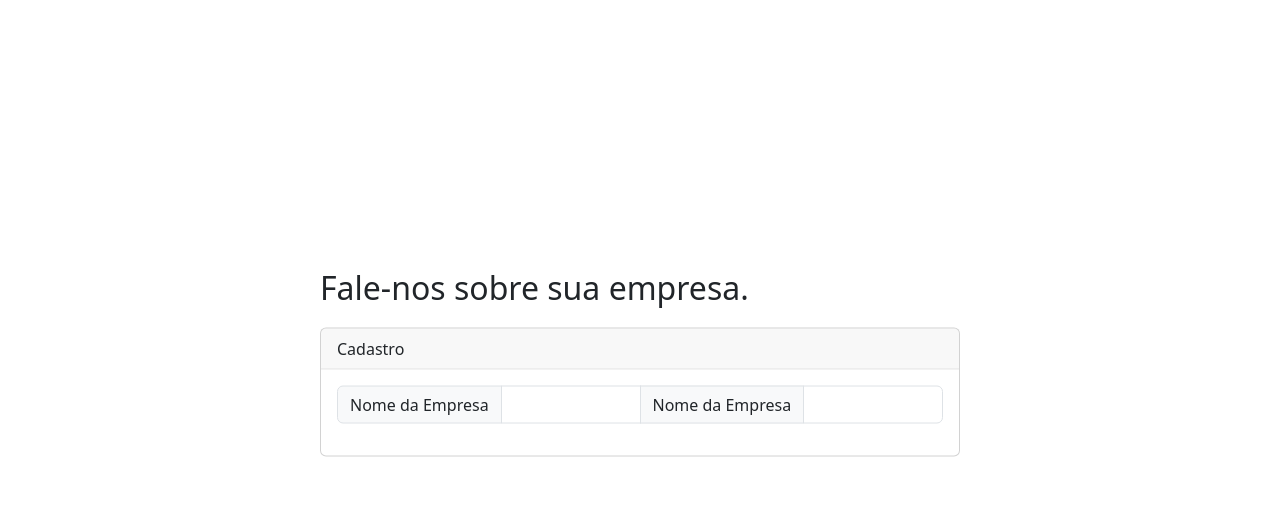
Repository: vandrecx/utilitaries
Page: http://localhost/login_archive/cadastro.php
An editor plug-in stored every save of this project. The page is shown before and after the next save, followed by the edit.
The browser window is 1280 px wide. The pictures show the whole page.
The page is run by PHP 8.4 with error messages shown; the project is at /var/www/html/.

Above is the page before, as saved 2024-05-03 12:45:53.

After the next save:
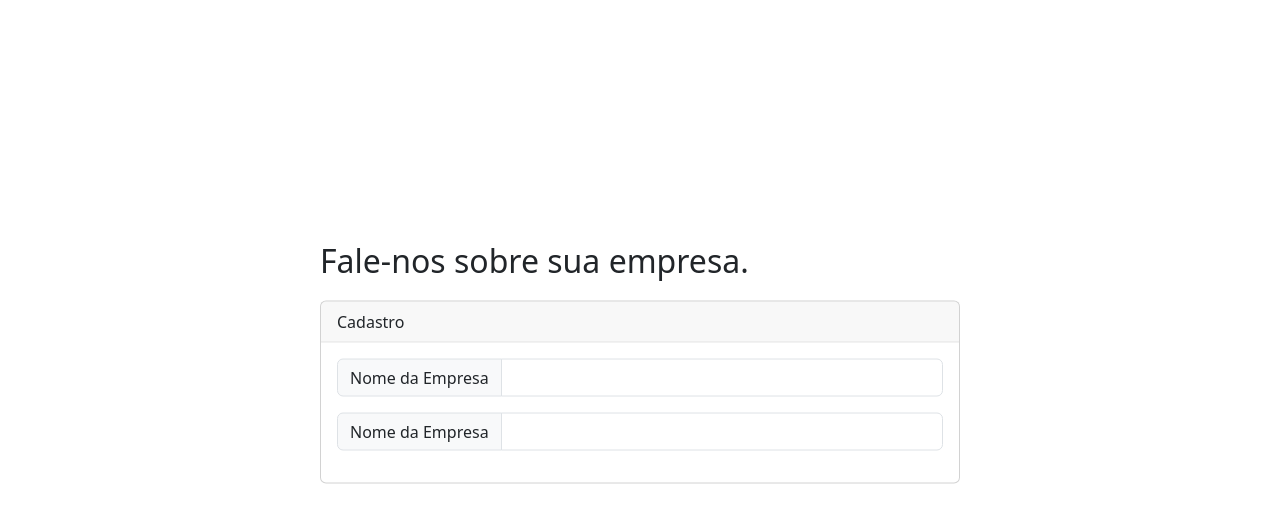
Saved 7 s later.
--- a/login_archive/cadastro.php
+++ b/login_archive/cadastro.php
@@ -25,6 +25,8 @@ include 'funcoes.php';
                     <div class="input-group mb-3">
                         <span class="input-group-text" id="inputGroup-sizing-default">Nome da Empresa</span>
                         <input type="text" class="form-control" aria-label="Sizing example input" aria-describedby="inputGroup-sizing-default">
+                    </div>
+                    <div class="input-group mb-3">
                         <span class="input-group-text" id="inputGroup-sizing-default">Nome da Empresa</span>
                         <input type="text" class="form-control" aria-label="Sizing example input" aria-describedby="inputGroup-sizing-default">
                     </div>
